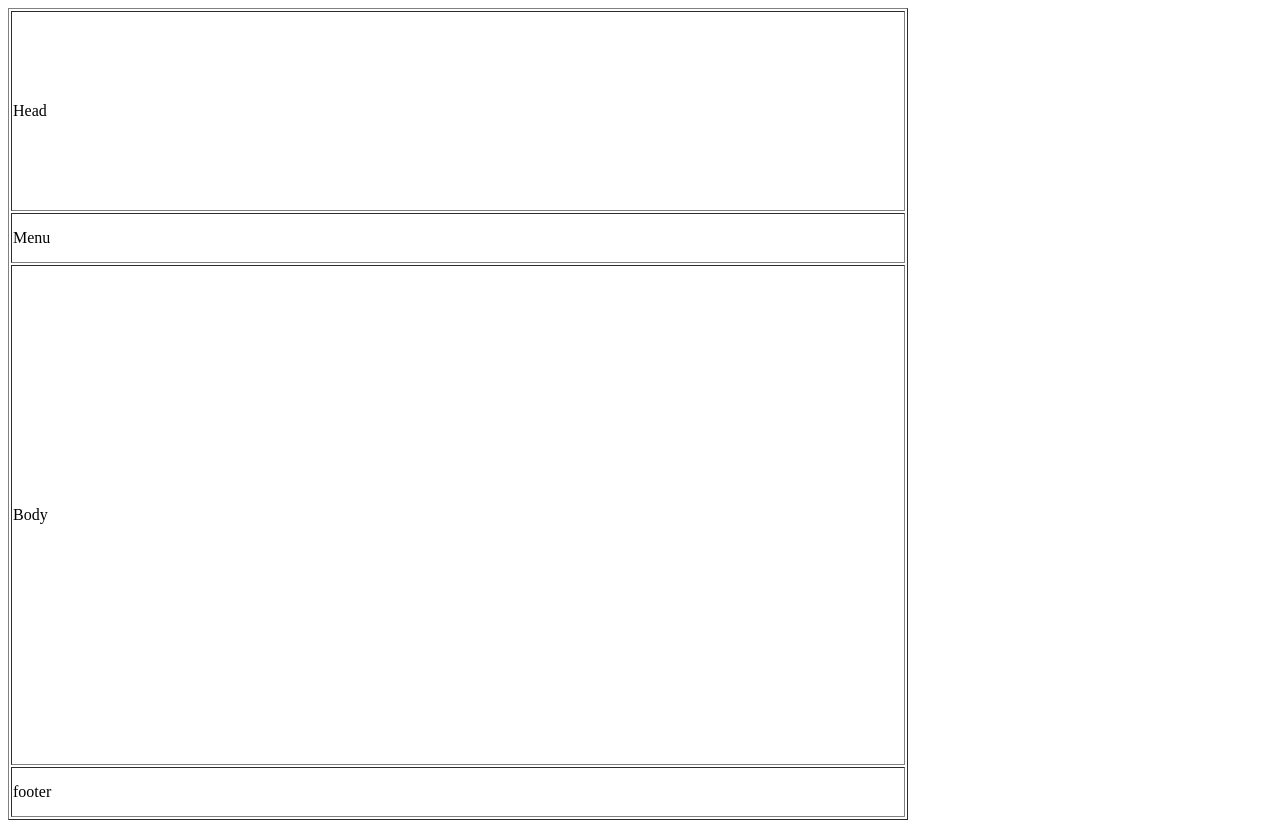
Repository: PraveenRavipati/MyWork
Page: Java/workspaces/office Java WorkScapces/works/sample/WebContent/sample.html
The author's editor kept a copy of each file at every save. The page is drawn from the files as they stood at one save, then again after the next save.
The browser window is 1280 px wide. The pictures show the whole page.

Above is the page before, as saved 2014-06-02 11:13:31.

After the next save:
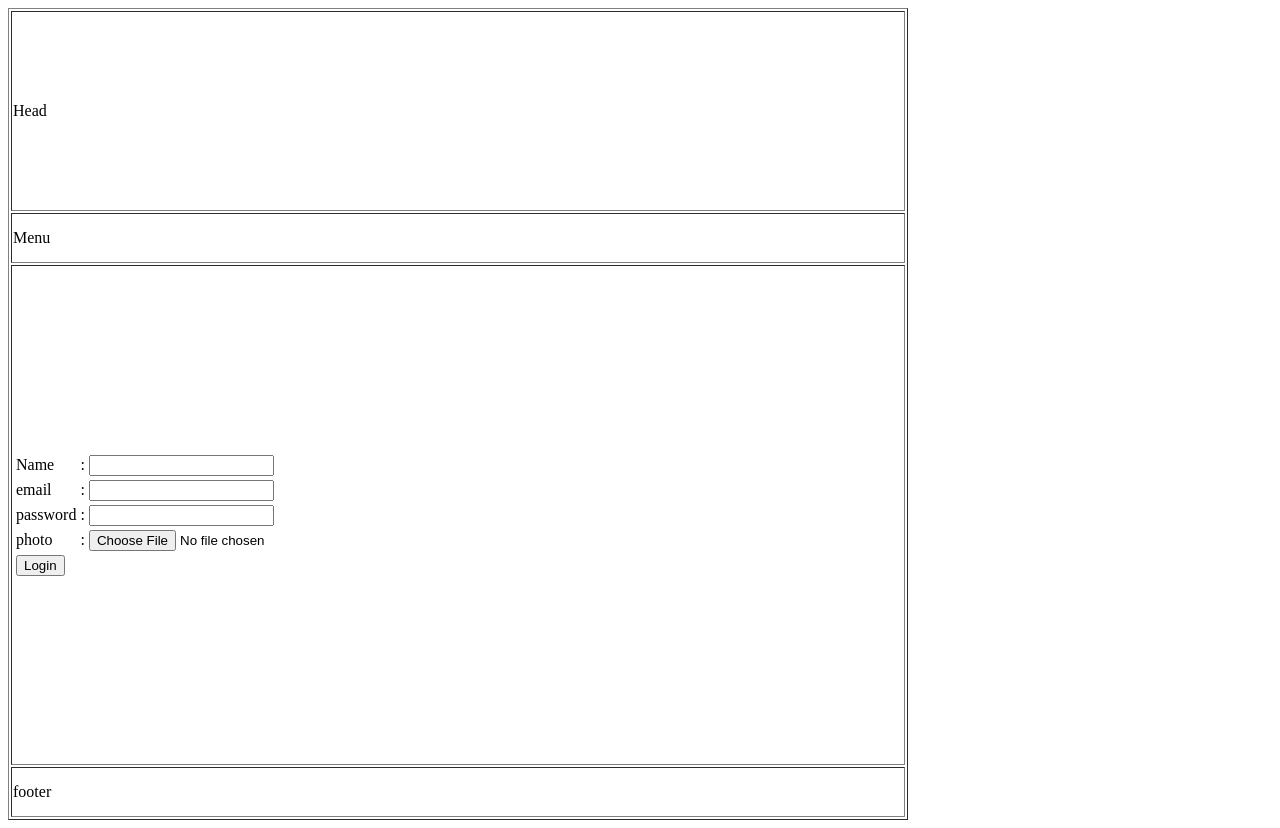
Saved 5 min 42 s later.
--- a/Java/workspaces/office Java WorkScapces/works/sample/WebContent/sample.html
+++ b/Java/workspaces/office Java WorkScapces/works/sample/WebContent/sample.html
@@ -4,19 +4,47 @@
 <meta http-equiv="Content-Type" content="text/html; charset=UTF-8">
 <title>Insert title here</title>
 <body>
-    <table border="1" width="900">
-        <tr height="200">
-            <td>Head</td>
-        </tr>
-        <tr height="50">
-            <td>Menu</td>
-        </tr>
-        <tr height="500">
-            <td>Body</td>
-        </tr>
-        <tr height="50">
-            <td>footer</td>
-        </tr>
-    </table>
+	<table border="1" width="900">
+		<tr height="200">
+			<td>Head</td>
+		</tr>
+		<tr height="50">
+			<td>Menu</td>
+		</tr>
+		<tr height="500">
+			<td>
+				<form>
+					<table>
+                        <tr>
+                            <td>Name</td>
+                            <td>:</td>
+                            <td><input type="text" name="name"></td>
+                        </tr>
+                        <tr>
+                            <td>email</td>
+                            <td>:</td>
+                            <td><input type="text" name="email"></td>
+                        </tr>
+                        <tr>
+                            <td>password</td>
+                            <td>:</td>
+                            <td><input type="password" name="pwd"></td>
+                        </tr>
+                        <tr>
+                            <td>photo</td>
+                            <td>:</td>
+                            <td><input type="file" name="profile"></td>
+                        </tr>
+                        <tr>
+                            <td colspan="3"><input type="submit" value="Login"></td>
+                        </tr>
+					</table>
+				</form>
+			</td>
+		</tr>
+		<tr height="50">
+			<td>footer</td>
+		</tr>
+	</table>
 </body>
 </html>
